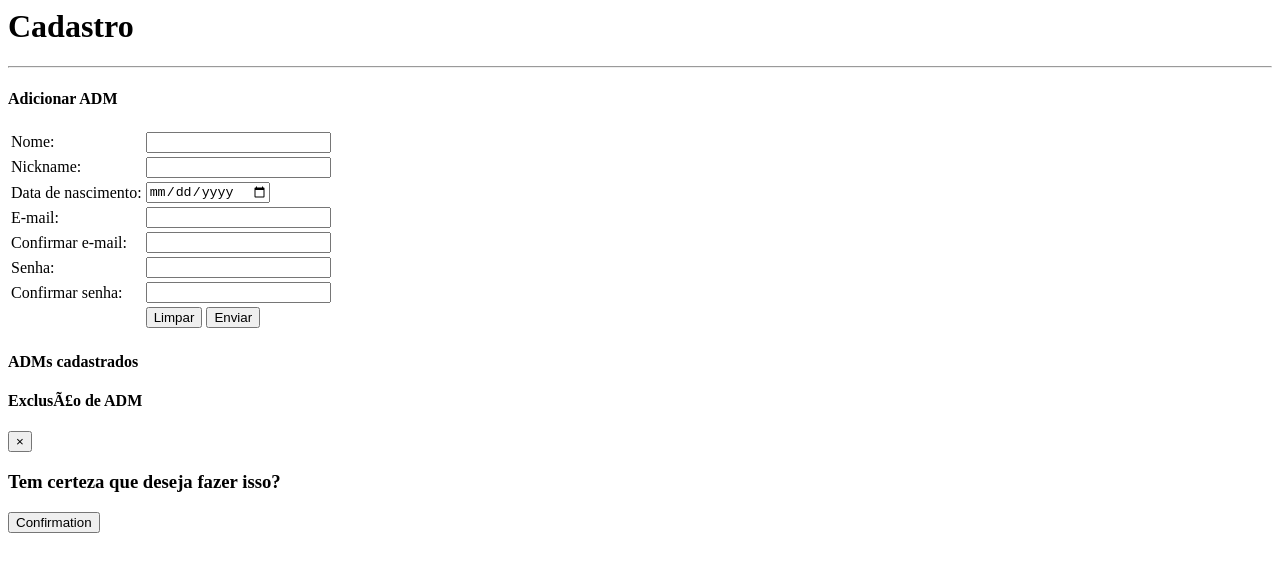
Repository: cavrau/workspaceTbog
Page: the Battle for Gondria/WebContent/system/admin/cadastro.html
An editor plug-in stored every save of this project. The page is shown before and after the next save, followed by the edit.
The browser window is 1280 px wide. The pictures show the whole page.

Above is the page before, as saved 2018-08-18 15:18:11.

### the Battle for Gondria/WebContent/system/admin/cadastro.html
<h1 class="h1_content">Cadastro</h1>
<hr id="hr_cadastro">
<div>

	<div id="form_content">

		<h4 class="h4_form">Adicionar ADM</h4>

		<form action="post" id="cadastraForm">
			<table id="table_form">
				<tbody>

					<tr>
						<td><label for="txt_nome">Nome:</label></td>
						<td><input data-toggle="popover" data-content="Insira o nome"
							data-trigger="focus" type="text" name="txt_nome" id="nome"
							minlength="6" maxlength="45" value=""></td>
					</tr>

					<tr>
						<td><label for="txt_nick">Nickname:</label></td>
						<td><input data-toggle="popover"
							data-content="Insira o nickname" data-trigger="focus" type="text"
							name="txt_nick" id="nickname" minlength="6" maxlength="16"
							value=""></td>
					</tr>

					<tr>
						<td><label for="date_nascimento">Data de nascimento:</label>
						</td>
						<td><input data-toggle="popover"
							data-content="Insira a data de nascimento" data-trigger="focus"
							type="date" value="" name="date_nascimento" id="nascimento">
						</td>
					</tr>

					<tr>
						<td><label>E-mail:</label></td>
						<td><input data-toggle="popover"
							data-content="Insira o e-mail" data-trigger="focus" type="text"
							id="email" name="txt_email" minlength="6" maxlength="80" value="">
						</td>
					</tr>

					<tr>
						<td><label>Confirmar e-mail:</label></td>
						<td><input data-toggle="popover"
							data-content="Confirme o e-mail" data-trigger="focus" type="text"
							id="confirmaEmail" name="txt_confirma" minlength="6"
							maxlength="80"></td>
					</tr>

					<tr>
						<td><label for="pwd_pass">Senha:</label></td>
						<td><input data-toggle="popover"
							data-content="Insira a senha" data-trigger="focus"
							type="password" name="pwd_pass" id="senha" minlength="6"
							maxlength="16" value=""></td>
					</tr>

					<tr>
						<td><label>Confirmar senha:</label></td>
						<td><input data-toggle="popover"
							data-content="Confirme a Senha" data-trigger="focus"
							type="password" id="confirmaSenha" minlength="6" maxlength="16">
						</td>
					</tr>

					<tr>
						<td></td>
						<td>
							<button type="reset" class="btn btn-secondary" name="btn_limpar">Limpar</button>
							<button type="button" onclick="validaCadastro()"
								class="btn btn-primary" name="btn_subimt">Enviar</button>
						</td>
					</tr>

				</tbody>
			</table>
		</form>

	</div>

	<div id="section_adms">
		<h4 class="h4_form">ADMs cadastrados</h4>
		<div id="table_cadastro"></div>
	</div>

</div>
<!-- INÃ�CIO MODAL - EXCLUÃ�R ADM -->
<div class="modal fade " id="exclui_adm" role="dialog">
	<div class="modal-dialog">

		<div class="modal-content">

			<div class="modal-header">
				<h4 class="modal-title">ExclusÃ£o de ADM</h4>
				<button type="button" class="close" data-dismiss="modal">&times;</button>
			</div>

			<div class="modal-body">
				<h3>Tem certeza que deseja fazer isso?</h3>
			</div>
			<div class="modal-footer">
				<button id="excluiUser" class="btn btn-large btn-primary" data-toggle="confirmation"
					data-btn-ok-label="Continue" data-btn-ok-class="btn-success"
					data-btn-ok-icon-class="material-icons"
					data-btn-ok-icon-content="check" data-btn-cancel-label="Stoooop!"
					data-btn-cancel-class="btn-danger"
					data-btn-cancel-icon-class="material-icons"
					data-btn-cancel-icon-content="close" data-title="Is it ok?"
					data-content="This might be dangerous">Confirmation</button>
			</div>
		</div>
	</div>
</div>
<!-- FIM MODAL - EXCLUÃ�R ADM -->

After the next save:
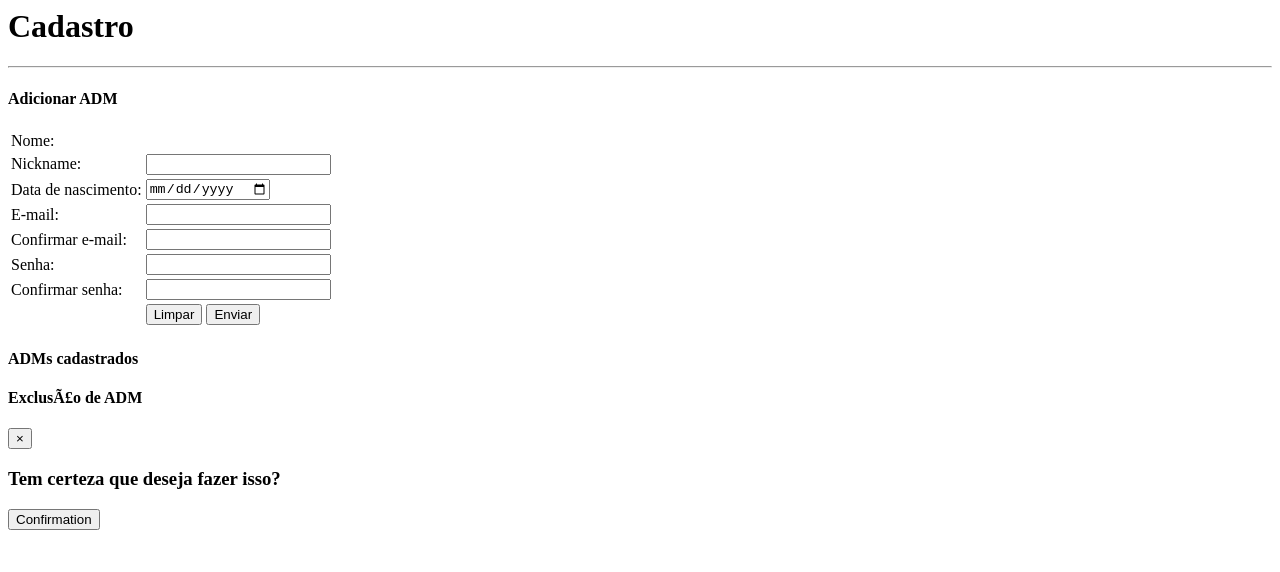
Saved 2 min 3 s later.
--- a/the Battle for Gondria/WebContent/system/admin/cadastro.html
+++ b/the Battle for Gondria/WebContent/system/admin/cadastro.html
@@ -12,8 +12,8 @@
 
 					<tr>
 						<td><label for="txt_nome">Nome:</label></td>
-						<td><input data-toggle="popover" data-content="Insira o nome"
-							data-trigger="focus" type="text" name="txt_nome" id="nome"
+						<td input data-toggle="popover" data-content="Insira o nome"
+							data-trigger="focus" ><type="text" name="txt_nome" id="nome"
 							minlength="6" maxlength="45" value=""></td>
 					</tr>
 

After the 3 saves that followed:
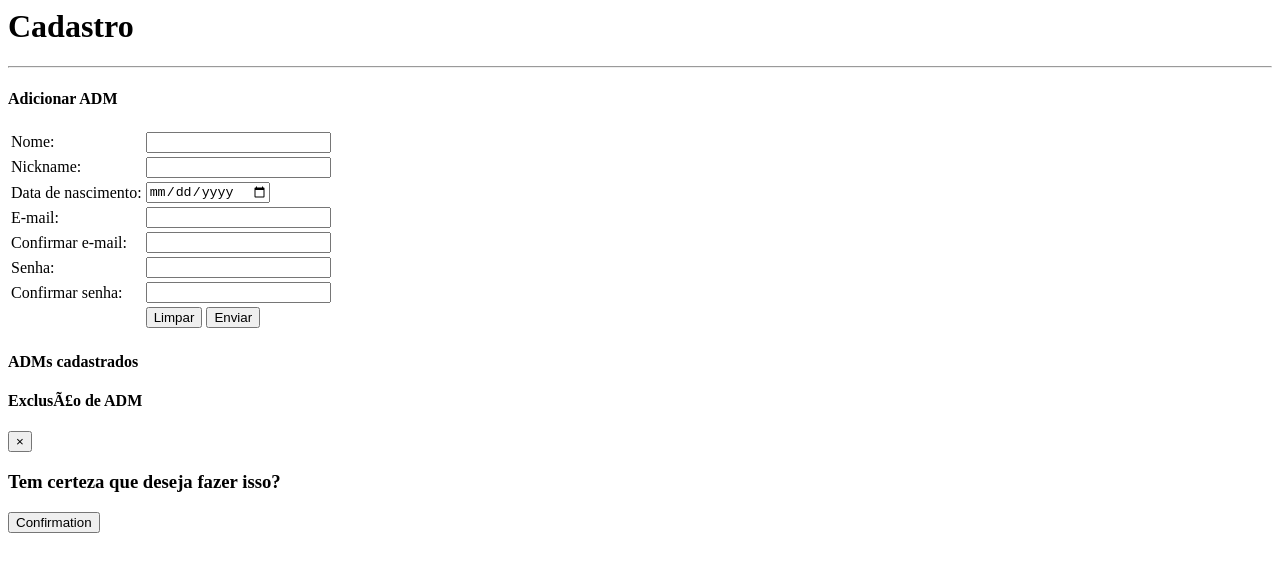
The 3 saves are shown as one change because 2 left the picture as it was.
The last was saved 39 s later.
--- a/the Battle for Gondria/WebContent/system/admin/cadastro.html
+++ b/the Battle for Gondria/WebContent/system/admin/cadastro.html
@@ -12,8 +12,8 @@
 
 					<tr>
 						<td><label for="txt_nome">Nome:</label></td>
-						<td input data-toggle="popover" data-content="Insira o nome"
-							data-trigger="focus" ><type="text" name="txt_nome" id="nome"
+						<td  data-toggle="popover" data-content="Insira o nome"
+							data-trigger="focus" ><input type="text" name="txt_nome" id="nome"
 							minlength="6" maxlength="45" value=""></td>
 					</tr>
 
